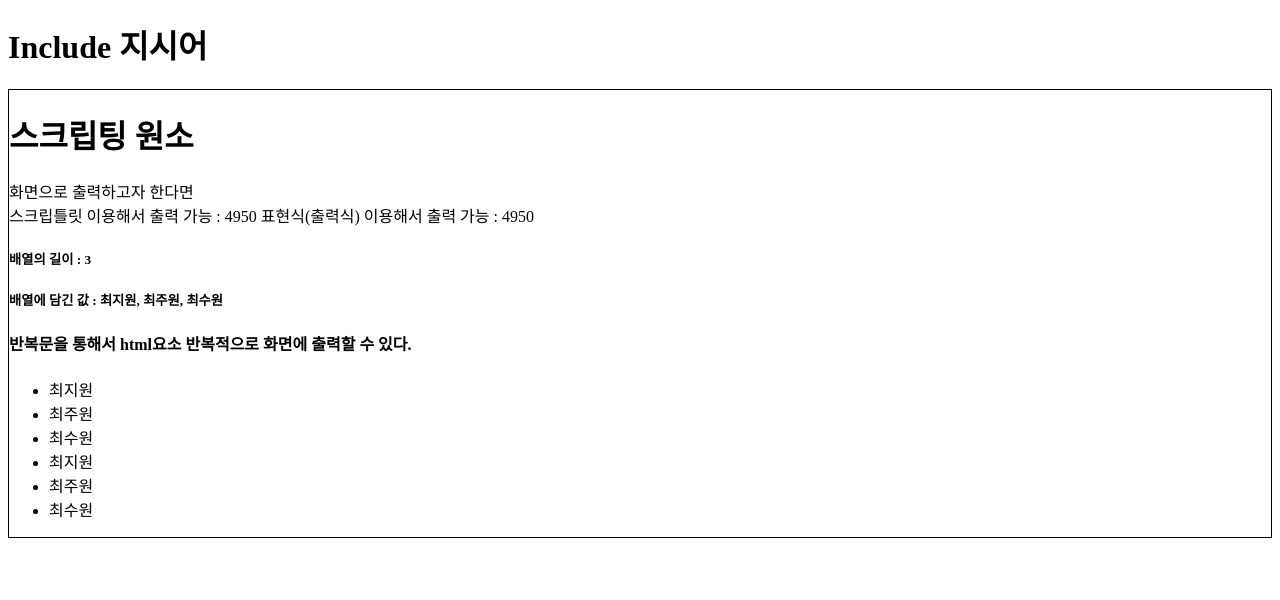
Repository: hyerangbi/Servlet
Page: http://localhost/JSP/views/03_directiveInclude.jsp
The author's editor kept a copy of each file at every save. The page is drawn from the files as they stood at one save, then again after the next save.
The browser window is 1280 px wide. The pictures show the whole page.
The page is served by Tomcat 10.

Above is the page before, as saved 2024-09-10 02:46:49.

After the next save:
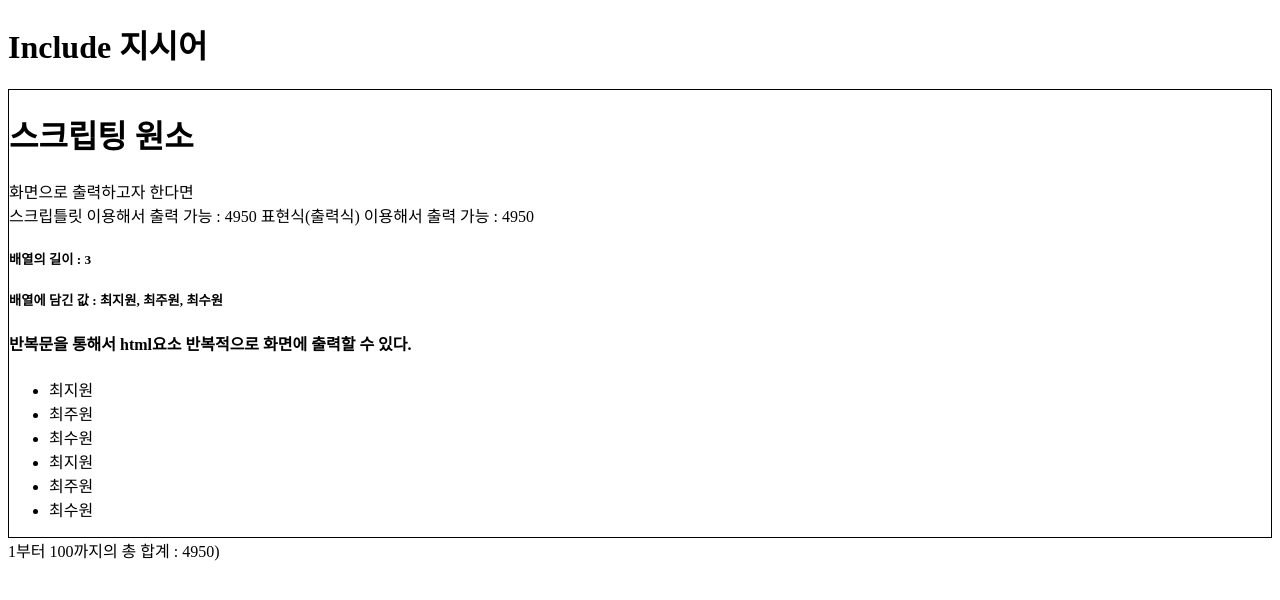
Saved 95 s later.
--- a/7_JSP/JSP/src/main/webapp/views/03_directiveInclude.jsp
+++ b/7_JSP/JSP/src/main/webapp/views/03_directiveInclude.jsp
@@ -11,5 +11,7 @@
 	<div style="border:1px solid black">
 		<%@ include file = "01_ScriptingElement.jsp" %>
 	</div>
+
+	1부터 100까지의 총 합계 : <%=sum %>)
 </body>
 </html>
